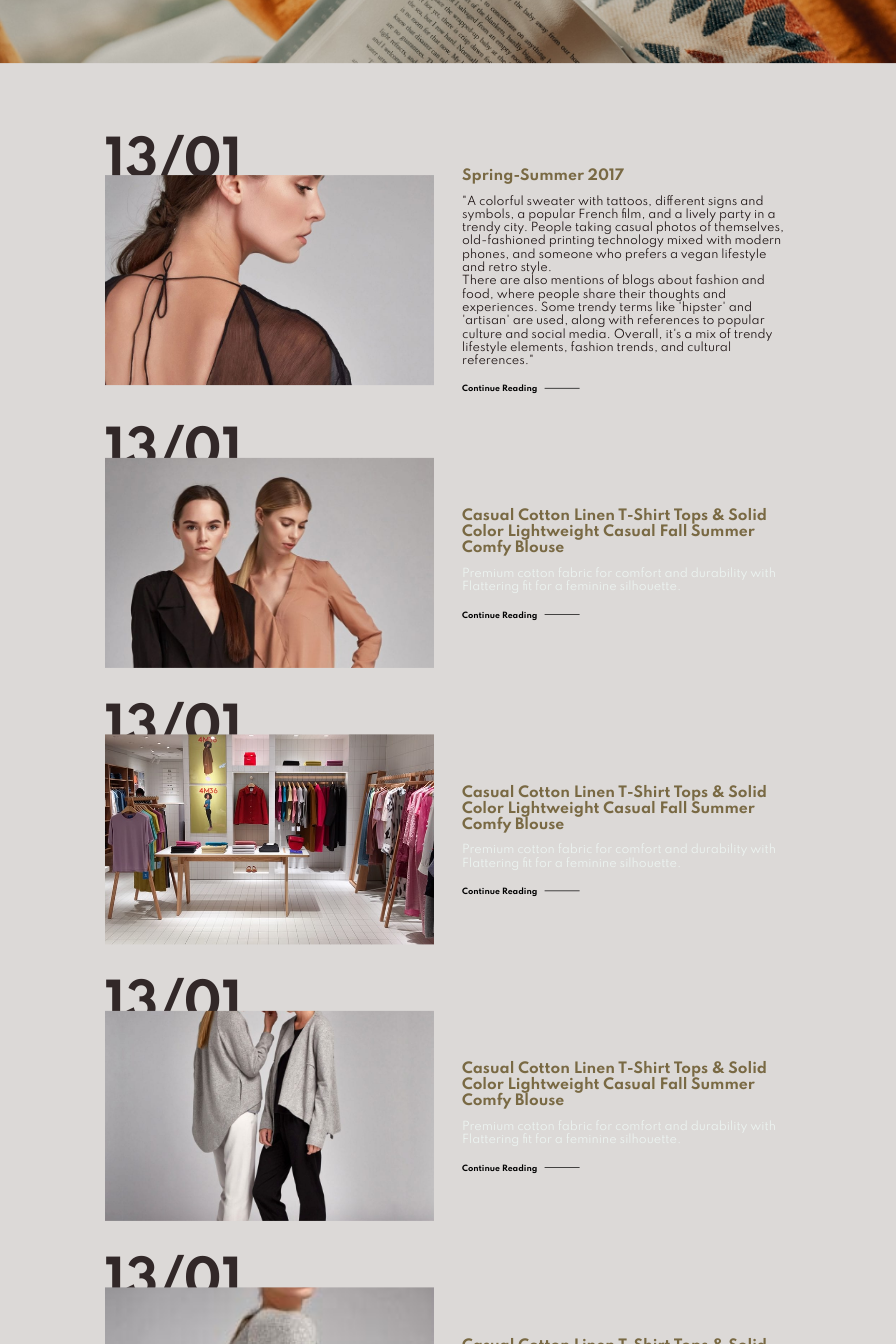
Repository: JhananiNallasamy/ECommerce-website-deployment
Page: blog.html
The author's editor kept a copy of each file at every save. The page is drawn from the files as they stood at one save, then again after the next save.
The browser window is 1280 px wide. The pictures show the part of the page from y = 343 to 2263 px (the page is 3617 px tall before and 3636 px after), at 70% of full size.
Some web libraries are served in a nearby version.

Above is the page before, as saved 2024-05-05 10:46:38.

### blog.html
<!DOCTYPE html>
<html lang="en">
<head>
    <meta charset="UTF-8">
    <meta name="viewport" content="width=device-width, initial-scale=1.0">
    <title>E-COMMERCE WEBSITE</title>
    <link rel="stylesheet" href="https://pro.fontawesome.com/releases/v5.10.0/css/all.css"/>
    <link rel="stylesheet" href="style.css">
</head>

<body style="background-color: rgba(157, 149, 144, 0.353);">
    <section id="header">
        <a href="#"> <img src="img/logo.png" height="80px", width="90px" class="logo" alt="logo"> </a>

        <div>
            <ul id="navbar">
                <li><a href="index.html">Home</a></li>
                <li><a>Shop</a></li>
                <li><a class="active" href="blog.html">Blog</a></li>
                <li><a href="about.html">About</a></li>
                <li><a href="contact.html">Contact</a></li>
                <li id="lg-bag"><a href="cart.html"><i class="far fa-shopping-bag"></i></a></li>
                <a href="#" id="close"><i class="far fa-times"></i></a>
            </ul>
        </div>
        <div id="mobile">
            <a href="cart.html"><i class="far fa-shopping-bag"></i></a>
            <i id="bar" class="fas fa-outdent"></i>
        </div>
    </section>

    <!--nav bar code at top is over -->

    <section id="page-header" class="blog-header">

        <h2 style="color: #fffffff1">Fashion Fusion E-Logs</h2>
        <p style="color: #503a06; font-weight: bold;">Uncover the stories behind our products through captivating case studies!</p><br>
    </section>

    <section id="blog">
        <div class="blog-box">
            <div class="blog-img">
                <img src="img/blog/b1.jpg" alt="b1 in blog">
            </div>
            <div class="blog-details">
            <h4 style="color: #503a06b4;"> Spring-Summer 2017 </h4>
            <p style="color: #0e0303f1">
                "A colorful sweater with tattoos, different signs and symbols, a popular French film, and a lively party in a trendy city. People taking casual photos of themselves, old-fashioned printing technology mixed with modern phones, and someone who prefers a vegan lifestyle and retro style. <br>
                There are also mentions of blogs about fashion and food, where people share their thoughts and experiences. Some trendy terms like 'hipster' and 'artisan' are used, along with references to popular culture and social media.

                Overall, it's a mix of trendy lifestyle elements, fashion trends, and cultural references."</p>
            <a href="#"> Continue Reading </a>
            </div>
            <h1>13/01</h1>
        </div>
        <div class="blog-box">
            <div class="blog-img">
                <img src="img/blog/b2.jpg" alt="b2 in blog">
            </div>
            <div class="blog-details">
            <h4 style="color: #503a06b4;"> Casual Cotton Linen T-Shirt Tops & Solid Color Lightweight Casual Fall Summer Comfy Blouse </h4>
            <p>Premium cotton fabric for comfort and durability with Flattering fit for a feminine silhouette.</p>
            <a href="#"> Continue Reading </a>
            </div>
            <h1>13/01</h1>
        </div>
        <div class="blog-box">
            <div class="blog-img">
                <img src="img/blog/b3.jpg" alt="b3 in blog">
            </div>
            <div class="blog-details">
            <h4 style="color: #503a06b4;"> Casual Cotton Linen T-Shirt Tops & Solid Color Lightweight Casual Fall Summer Comfy Blouse </h4>
            <p>Premium cotton fabric for comfort and durability with Flattering fit for a feminine silhouette.</p>
            <a href="#"> Continue Reading </a>
            </div>
            <h1>13/01</h1>
        </div>
        <div class="blog-box">
            <div class="blog-img">
                <img src="img/blog/b4.jpg" alt="b4 in blog">
            </div>
            <div class="blog-details">
            <h4 style="color: #503a06b4;"> Casual Cotton Linen T-Shirt Tops & Solid Color Lightweight Casual Fall Summer Comfy Blouse </h4>
            <p>Premium cotton fabric for comfort and durability with Flattering fit for a feminine silhouette.</p>
            <a href="#"> Continue Reading </a>
            </div>
            <h1>13/01</h1>
        </div>
        <div class="blog-box">
            <div class="blog-img">
                <img src="img/blog/b5.jpg" alt="b5 in blog">
            </div>
            <div class="blog-details">
            <h4 style="color: #503a06b4;"> Casual Cotton Linen T-Shirt Tops & Solid Color Lightweight Casual Fall Summer Comfy Blouse </h4>
            <p>Premium cotton fabric for comfort and durability with Flattering fit for a feminine silhouette.</p>
            <a href="#"> Continue Reading </a>
            </div>
            <h1>13/01</h1>
        </div>



    </section>
        <section id="pagination" class="section-p1">
        <a href="#">1</a>
        <a href="#">2</a>
        <a href="#"><i class="fal fa-long-arrow-alt-right"></i></a>
        </section>


    <section id="newsletter" class="section-p1 section-m1">
        <div class="newstext">
            <h4>Sign Up for Newsletters</h4>
            <p>Get E-mail updates about our latest shop and <span>special offers</span>.</p>
        </div>
        <div class="form">
            <input type="text" placeholder="Your E-mail Address">
            <button class="normal">Sign Up</button>
        </div>
    </section>

    <footer class="section-p1">
        <div class="col">
            <img class="logo" src="img/logo.png" alt="logo image">
            <h4 style="color: maroon;">Contact</h4>
            <p style="color: maroon;"><strong>Address:</strong>103 Washington Road,Street32,SanFransico</p>
            <p style="color: maroon;"><strong>Phone:</strong>(+91) 78936 41730</p>
            <p style="color: maroon;"><strong>Hours:</strong>24 hrs,Mon-Sun</p>
            <div class="follow">
                <h4 style="color: rgb(32, 2, 2);">Follow Us</h4>
                <div class="icon">
                    <i class="fab fa-facebook-f"></i>
                    <i class="fab fa-twitter"></i>
                    <i class="fab fa-instagram"></i>
                    <i class="fab fa-pinterest-p"></i>
                    <i class="fab fa-youtube"></i>
                </div>
            </div>
        </div>
        <div class="col">
            <h4 style="color: maroon;">About</h4>
            <a href="#">About Us</a>
            <a href="#">Delivery Information</a>
            <a href="#">Privacy Policy</a>
            <a href="#">Terms & Conditions</a>
            <a href="#">Contact Us</a>
        </div>
        <div class="col">
            <h4 style="color: maroon;">My Account</h4>
            <a href="#">Sign In</a>
            <a href="#">View Cart</a>
            <a href="#">My Wishlist</a>
            <a href="#">Track My Order</a>
            <a href="#">Help</a>
        </div>
        <div class="col install">
            <h4 style="color: maroon;">Install App</h4>
            <p style="color: rgb(29, 2, 2);">From App Store or Google Play</p>
            <div class="row">
                <img src="img/pay/app.jpg" alt="app img in pay folder">
                <img src="img/pay/play.jpg" alt="play img in pay folder">
            </div>
            <p style="color: rgb(30, 2, 2);">Secured Payment Gateways</p>
            <img src="img/pay/pay.png"  alt="pay img inside pay folder">
        </div>
            <div class="copyright">
                <p style="color: rgb(14, 1, 1);">© 2025, Jhanani - HTML CSS Ecommerce Template</p>
            </div>
        </footer>


    <script src="script.js"></script>

</body>
</html>

Loaded but not shown: script.js (17 lines, source omitted); style.css (858 lines, source omitted)

After the next save:
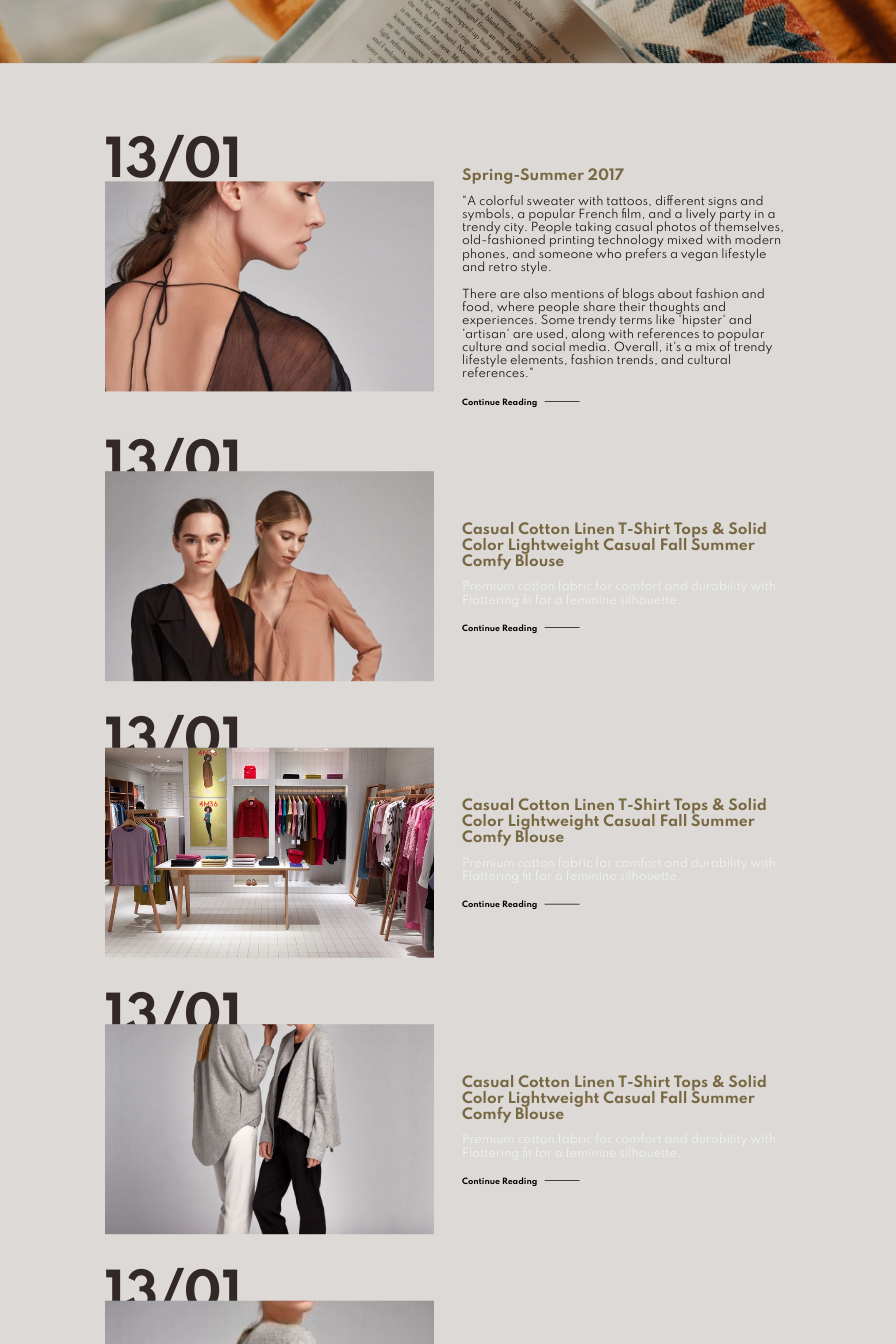
Saved 10 s later.
--- a/blog.html
+++ b/blog.html
@@ -45,7 +45,7 @@
             <div class="blog-details">
             <h4 style="color: #503a06b4;"> Spring-Summer 2017 </h4>
             <p style="color: #0e0303f1">
-                "A colorful sweater with tattoos, different signs and symbols, a popular French film, and a lively party in a trendy city. People taking casual photos of themselves, old-fashioned printing technology mixed with modern phones, and someone who prefers a vegan lifestyle and retro style. <br>
+                "A colorful sweater with tattoos, different signs and symbols, a popular French film, and a lively party in a trendy city. People taking casual photos of themselves, old-fashioned printing technology mixed with modern phones, and someone who prefers a vegan lifestyle and retro style. <br><br>
                 There are also mentions of blogs about fashion and food, where people share their thoughts and experiences. Some trendy terms like 'hipster' and 'artisan' are used, along with references to popular culture and social media.
 
                 Overall, it's a mix of trendy lifestyle elements, fashion trends, and cultural references."</p>
